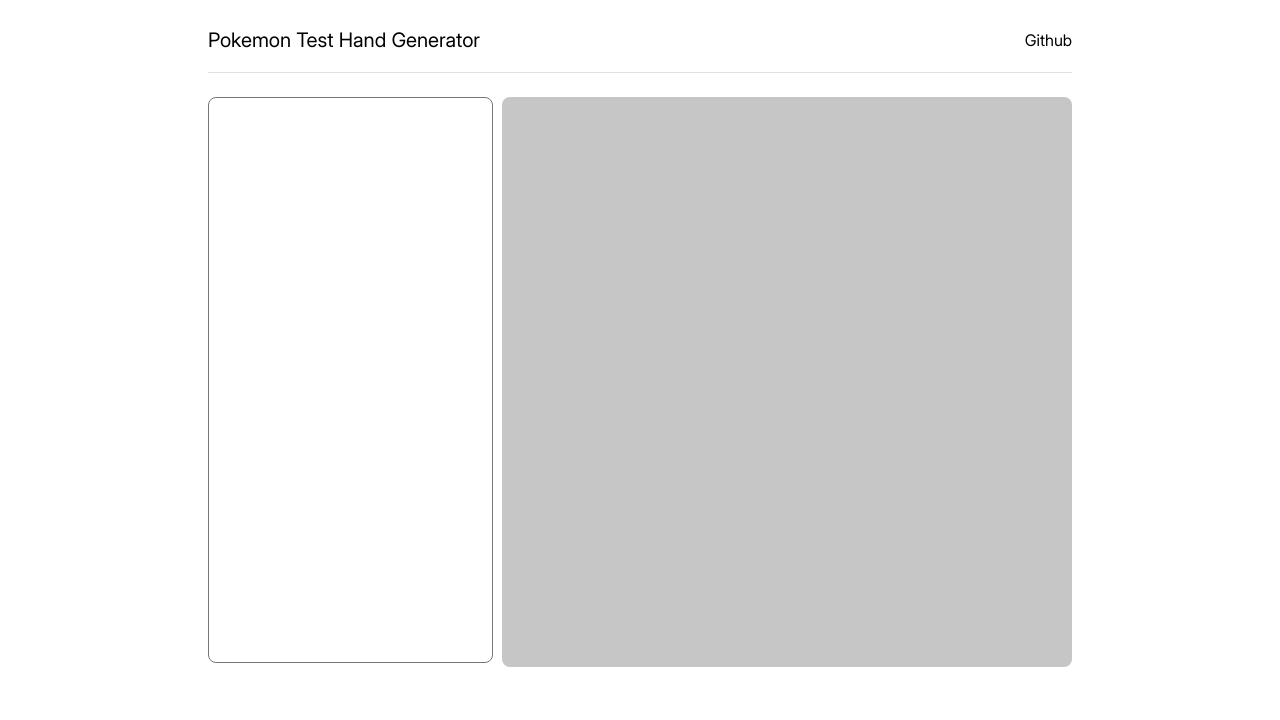
Repository: danielj1415/test-hand-simulator
Page: /
The author's editor kept a copy of each file at every save. The page is drawn from the files as they stood at one save, then again after the next save.
The browser window is 1280 px wide. The pictures show the whole page.
The project was rebuilt for these pictures with package versions that can differ from the ones it lists, and the page was loaded fresh each time. Also part of the build but not shown: vite.config.ts, src/index.css.

Above is the page before, as saved 2024-10-30 18:11:31.

### src/App.tsx
import { useState } from 'react'
import './App.css'
import { Outlet, Link } from "react-router-dom";

function App() {

  const [deckList, setDeckList] = useState({
    deck: ''
  })

  // Handle input changes
  const handleChange = (e: { target: { name: any; value: any; }; }) => {
    const { name, value } = e.target;
    setDeckList((prevData) => ({
      ...prevData,
      [name]: value
    }));
  };

  // Handle form submission
  const handleSubmit = (e: { preventDefault: () => void; }) => {
    e.preventDefault(); // Prevents the default form submission behavior
    // Process the form data here (e.g., send to an API)
  };

  return (
    <div>
      <div className = "mainContainer">
        <div className = "navigationBar">
          <p className = "headerTextBold">Pokemon Test Hand Generator</p>
          <p className = "headerText">Github</p>
        </div>
        <div className = "divider"/>
        <div className = "mainBody">
          <div className = "inputDeck">
            <form onSubmit = {handleSubmit}>
              <div>
                <label htmlFor="deck"></label>
                <textarea className = "deckInputDiv" id="deck" name="deck" value={deckList.deck} onChange={handleChange}/>
              </div>
            </form>
          </div>
          <div className = "testHands"></div>
        </div>
      </div>
    </div>
  )
}

export default App

### src/App.css

@import "./fonts.css";

.mainContainer{
  margin-left: 200px;
  margin-right: 200px;
}

.navigationBar{
  display: flex;
  align-items:center;
  justify-content: space-between;
}

.headerText{
  font-size: 16px;
  font-family: "Inter";
}

.headerTextBold{
  font-size: 20px;
  font-family: "Inter";
}

.divider{
  width: 100%;
  height: 1px;
  background-color: rgb(224, 224, 224);
}

.mainBody{
  display: flex;
  justify-content: space-between;
  margin-top: 24px;
}

.inputDeck{
  width: 33%;
  border-radius: 8px;
}

.testHands{
  width: 66%;
  background-color: rgb(198, 198, 198);
  border-radius: 8px;
}

.deckInputDiv{
  width: 98%;
  height: 560px;
  resize: none;
  border-radius: 8px;
  font-family: "Inter";
}

### src/fonts.css
@font-face {
    font-family: "Inter";
    src: url("/src/assets/fonts/Inter_28pt-Regular.ttf");
  }

Loaded but not shown: index.html (common file); src/main.tsx (common file)

After the next save:
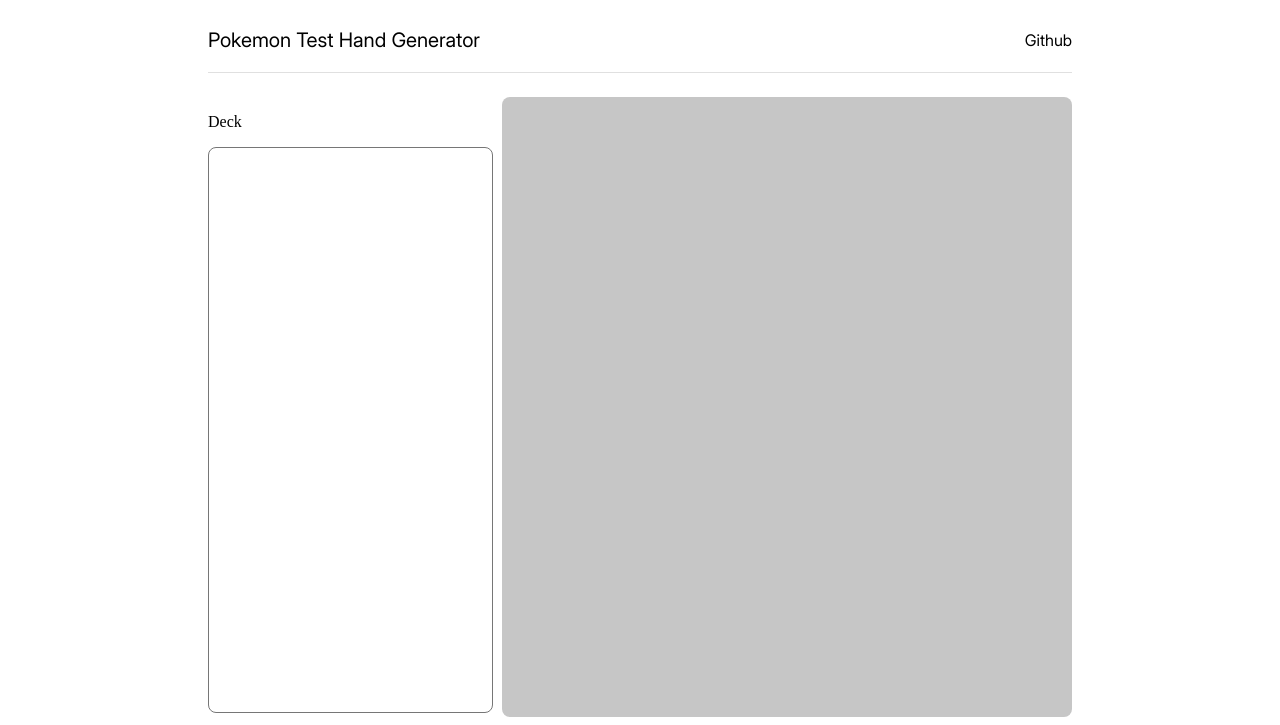
Saved 18 s later.
--- a/src/App.tsx
+++ b/src/App.tsx
@@ -33,6 +33,7 @@ function App() {
         <div className = "divider"/>
         <div className = "mainBody">
           <div className = "inputDeck">
+            <p>Deck</p>
             <form onSubmit = {handleSubmit}>
               <div>
                 <label htmlFor="deck"></label>
